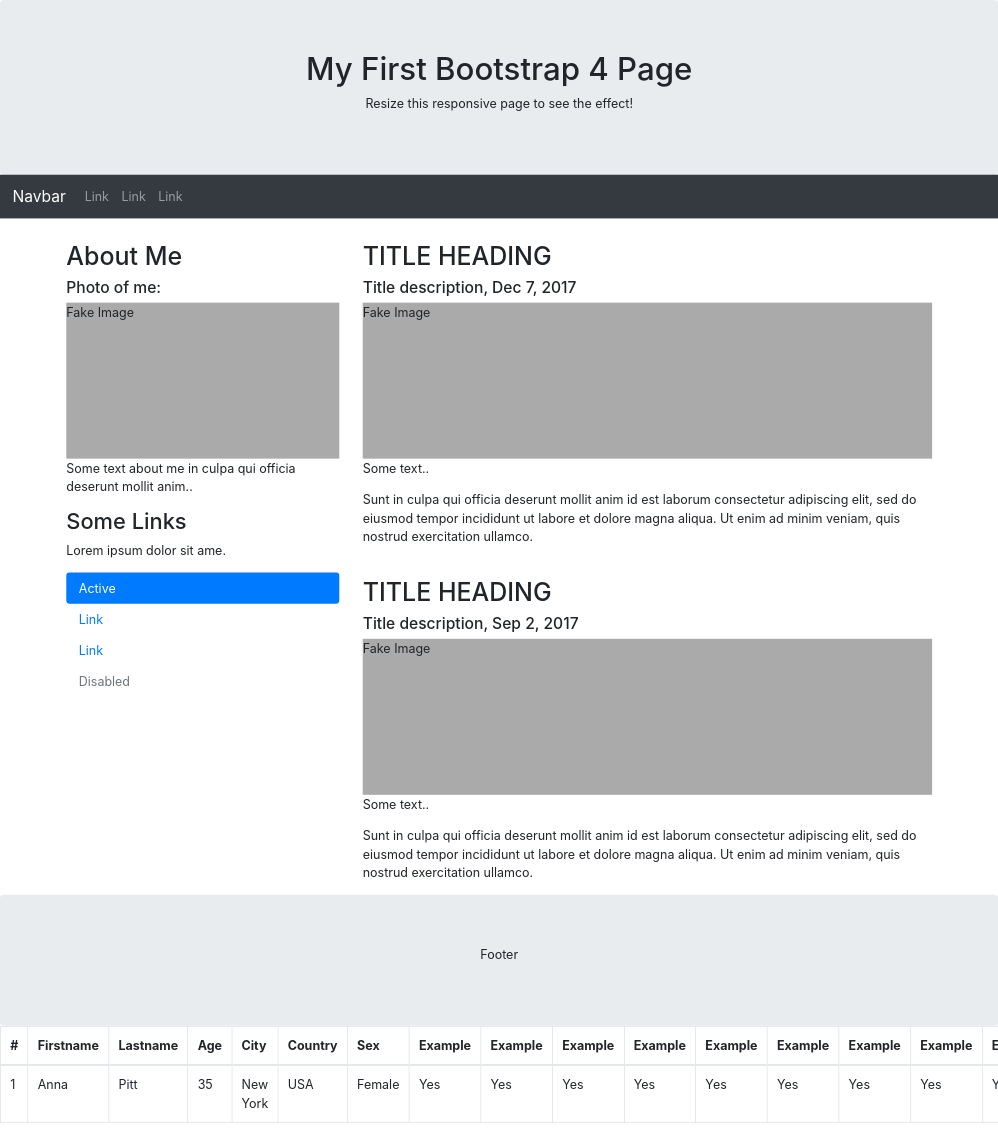
Repository: Anusha-Shilamkoti/Anusha
Page: MyFirstWebProject/WebContent/index.html
These files come from the project's save history. The page is drawn as it stood at one moment and after the next save; the edit follows.
The browser window is 1280 px wide. The pictures show the whole page, at 78% of full size.

Above is the page before, as saved 2020-01-18 10:51:35.

### MyFirstWebProject/WebContent/index.html
<!DOCTYPE html>
<html lang="en">
<head>
  <title>Bootstrap 4 Website Example</title>
  <meta charset="utf-8">
  <meta name="viewport" content="width=device-width, initial-scale=1">
  <link rel="stylesheet" href="https://maxcdn.bootstrapcdn.com/bootstrap/4.4.1/css/bootstrap.min.css">
  <script src="https://ajax.googleapis.com/ajax/libs/jquery/3.4.1/jquery.min.js"></script>
  <script src="https://cdnjs.cloudflare.com/ajax/libs/popper.js/1.16.0/umd/popper.min.js"></script>
  <script src="https://maxcdn.bootstrapcdn.com/bootstrap/4.4.1/js/bootstrap.min.js"></script>
  <style>
  .fakeimg {
    height: 200px;
    background: #aaa;
  }
  </style>
</head>
<body>

<div class="jumbotron text-center" style="margin-bottom:0">
  <h1>My First Bootstrap 4 Page</h1>
  <p>Resize this responsive page to see the effect!</p>
</div>

<nav class="navbar navbar-expand-sm bg-dark navbar-dark">
  <a class="navbar-brand" href="#">Navbar</a>
  <button class="navbar-toggler" type="button" data-toggle="collapse" data-target="#collapsibleNavbar">
    <span class="navbar-toggler-icon"></span>
  </button>
  <div class="collapse navbar-collapse" id="collapsibleNavbar">
    <ul class="navbar-nav">
      <li class="nav-item">
        <a class="nav-link" href="#">Link</a>
      </li>
      <li class="nav-item">
        <a class="nav-link" href="#">Link</a>
      </li>
      <li class="nav-item">
        <a class="nav-link" href="#">Link</a>
      </li>
    </ul>
  </div>
</nav>

<div class="container" style="margin-top:30px">
  <div class="row">
    <div class="col-md-4">
      <h2>About Me</h2>
      <h5>Photo of me:</h5>
      <div class="fakeimg">Fake Image</div>
      <p>Some text about me in culpa qui officia deserunt mollit anim..</p>
      <h3>Some Links</h3>
      <p>Lorem ipsum dolor sit ame.</p>
      <ul class="nav nav-pills flex-column">
        <li class="nav-item">
          <a class="nav-link active" href="#">Active</a>
        </li>
        <li class="nav-item">
          <a class="nav-link" href="#">Link</a>
        </li>
        <li class="nav-item">
          <a class="nav-link" href="#">Link</a>
        </li>
        <li class="nav-item">
          <a class="nav-link disabled" href="#">Disabled</a>
        </li>
      </ul>
      <hr class="d-sm-none">
    </div>
    <div class="col-sm-8">
      <h2>TITLE HEADING</h2>
      <h5>Title description, Dec 7, 2017</h5>
      <div class="fakeimg">Fake Image</div>
      <p>Some text..</p>
      <p>Sunt in culpa qui officia deserunt mollit anim id est laborum consectetur adipiscing elit, sed do eiusmod tempor incididunt ut labore et dolore magna aliqua. Ut enim ad minim veniam, quis nostrud exercitation ullamco.</p>
      <br>
      <h2>TITLE HEADING</h2>
      <h5>Title description, Sep 2, 2017</h5>
      <div class="fakeimg">Fake Image</div>
      <p>Some text..</p>
      <p>Sunt in culpa qui officia deserunt mollit anim id est laborum consectetur adipiscing elit, sed do eiusmod tempor incididunt ut labore et dolore magna aliqua. Ut enim ad minim veniam, quis nostrud exercitation ullamco.</p>
    </div>
  </div>
</div>

<div class="jumbotron text-center" style="margin-bottom:0">
  <p>Footer</p>
</div>
 <div class="table-responsive">
    <table class="table table-bordered">
      <thead>
        <tr>
          <th>#</th>
          <th>Firstname</th>
          <th>Lastname</th>
          <th>Age</th>
          <th>City</th>
          <th>Country</th>
          <th>Sex</th>
          <th>Example</th>
          <th>Example</th>
          <th>Example</th>
          <th>Example</th>
          <th>Example</th>
          <th>Example</th>
          <th>Example</th>
          <th>Example</th>
          <th>Example</th>
          <th>Example</th>
          <th>Example</th>
          <th>Example</th>
        </tr>
      </thead>
      <tbody>
        <tr>
          <td>1</td>
          <td>Anna</td>
          <td>Pitt</td>
          <td>35</td>
          <td>New York</td>
          <td>USA</td>
          <td>Female</td>
          <td>Yes</td>
          <td>Yes</td>
          <td>Yes</td>
          <td>Yes</td>
          <td>Yes</td>
          <td>Yes</td>
          <td>Yes</td>
          <td>Yes</td>
          <td>Yes</td>
          <td>Yes</td>
          <td>Yes</td>
          <td>Yes</td>
        </tr>
      </tbody>
    </table>
  </div>
</div>

</body>
</html>

After the next save:
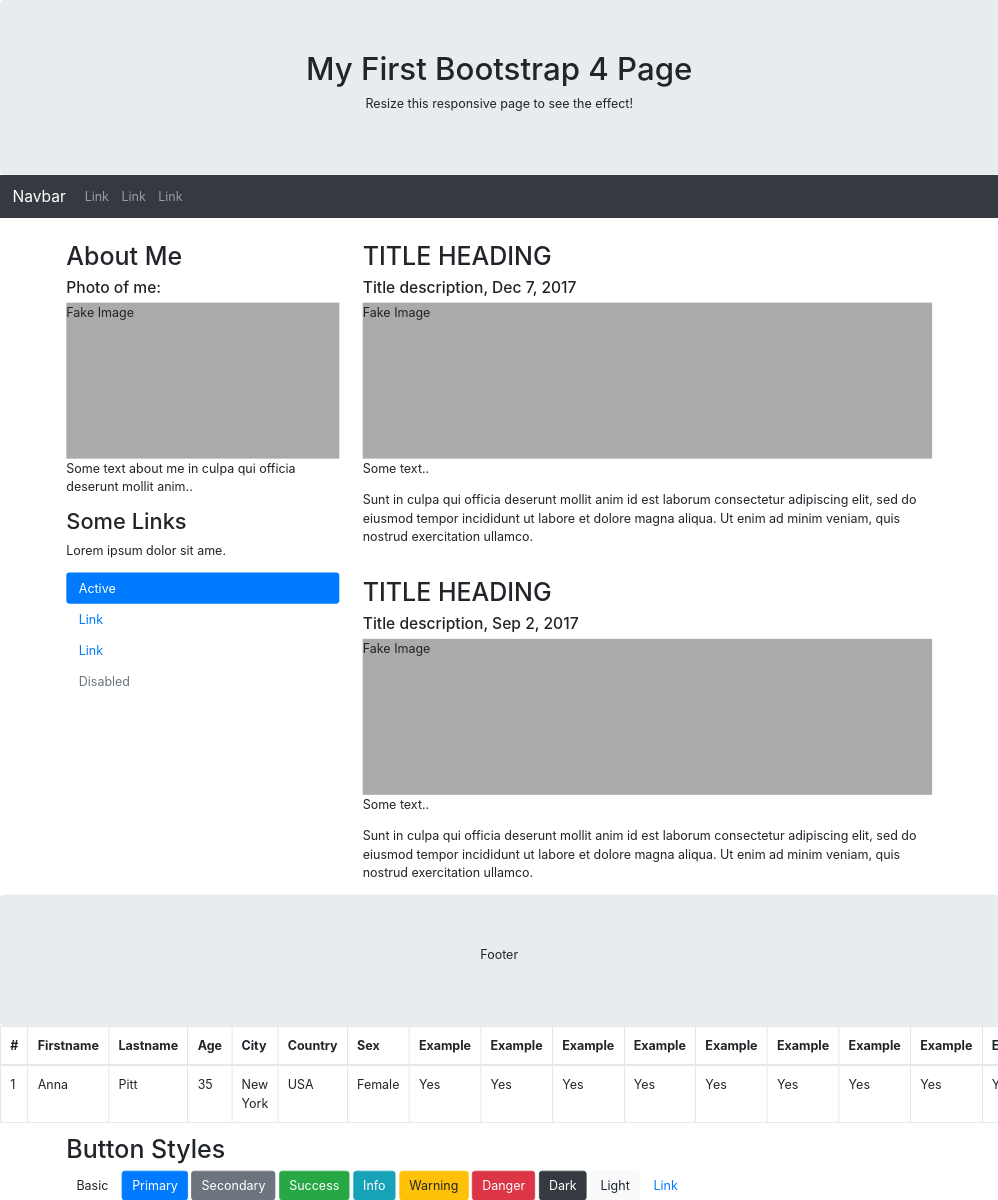
Saved 38 min 25 s later.
--- a/MyFirstWebProject/WebContent/index.html
+++ b/MyFirstWebProject/WebContent/index.html
@@ -138,5 +138,18 @@
   </div>
 </div>
 
+<div class="container">
+  <h2>Button Styles</h2>
+  <button type="button" class="btn">Basic</button>
+  <button type="button" class="btn btn-primary">Primary</button>
+  <button type="button" class="btn btn-secondary">Secondary</button>
+  <button type="button" class="btn btn-success">Success</button>
+  <button type="button" class="btn btn-info">Info</button>
+  <button type="button" class="btn btn-warning">Warning</button>
+  <button type="button" class="btn btn-danger">Danger</button>
+  <button type="button" class="btn btn-dark">Dark</button>
+  <button type="button" class="btn btn-light">Light</button>
+  <button type="button" class="btn btn-link">Link</button>
+</div>
 </body>
 </html>
